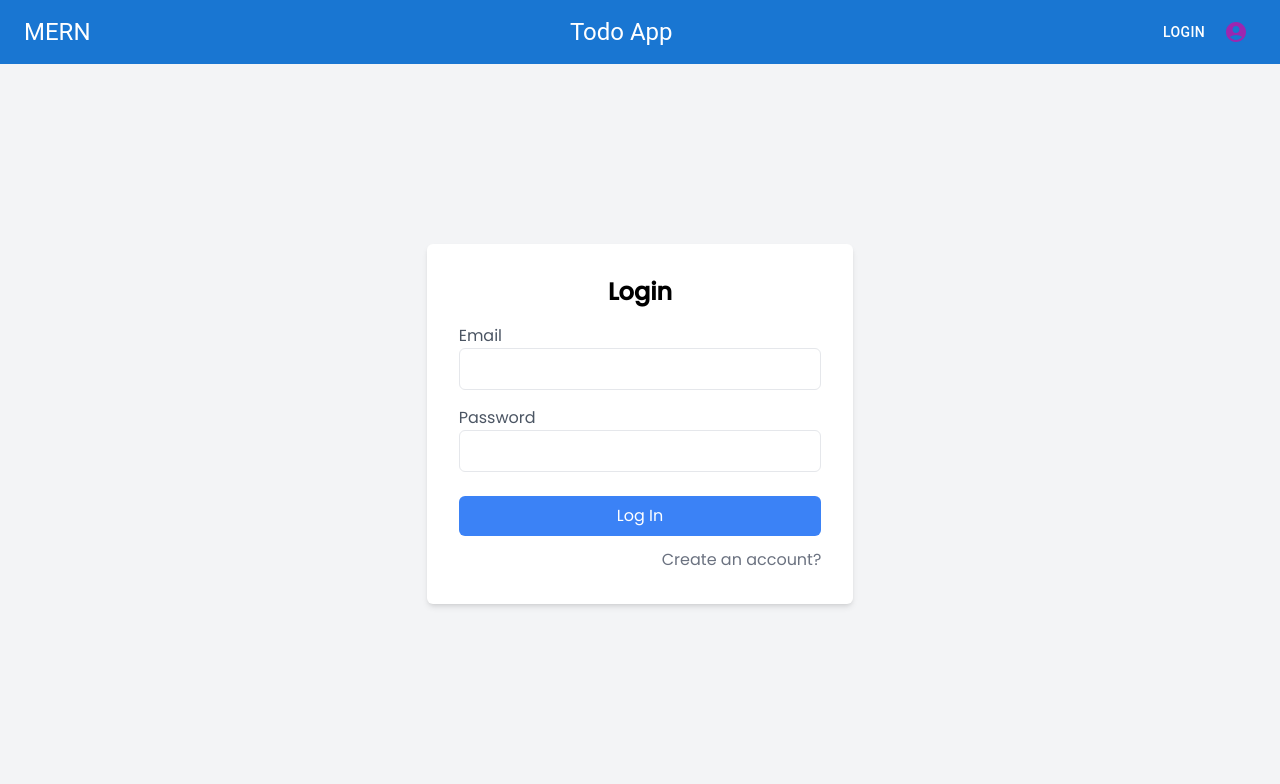
Repository: Nurlan-Bakenbaev/MERN--todo
Page: /login (app in client/)
These files come from the project's save history. The page is drawn as it stood at one moment and after a run of saves; the edit follows.
The browser window is 1280 px wide. The pictures show the whole page.
The project was rebuilt for these pictures with package versions that can differ from the ones it lists, and the page was loaded fresh each time. Also part of the build but not shown: client/vite.config.js, client/src/pages/Register.jsx.

Above is the page before, as saved 2023-10-15 16:54:15.

After the next 5 saves:
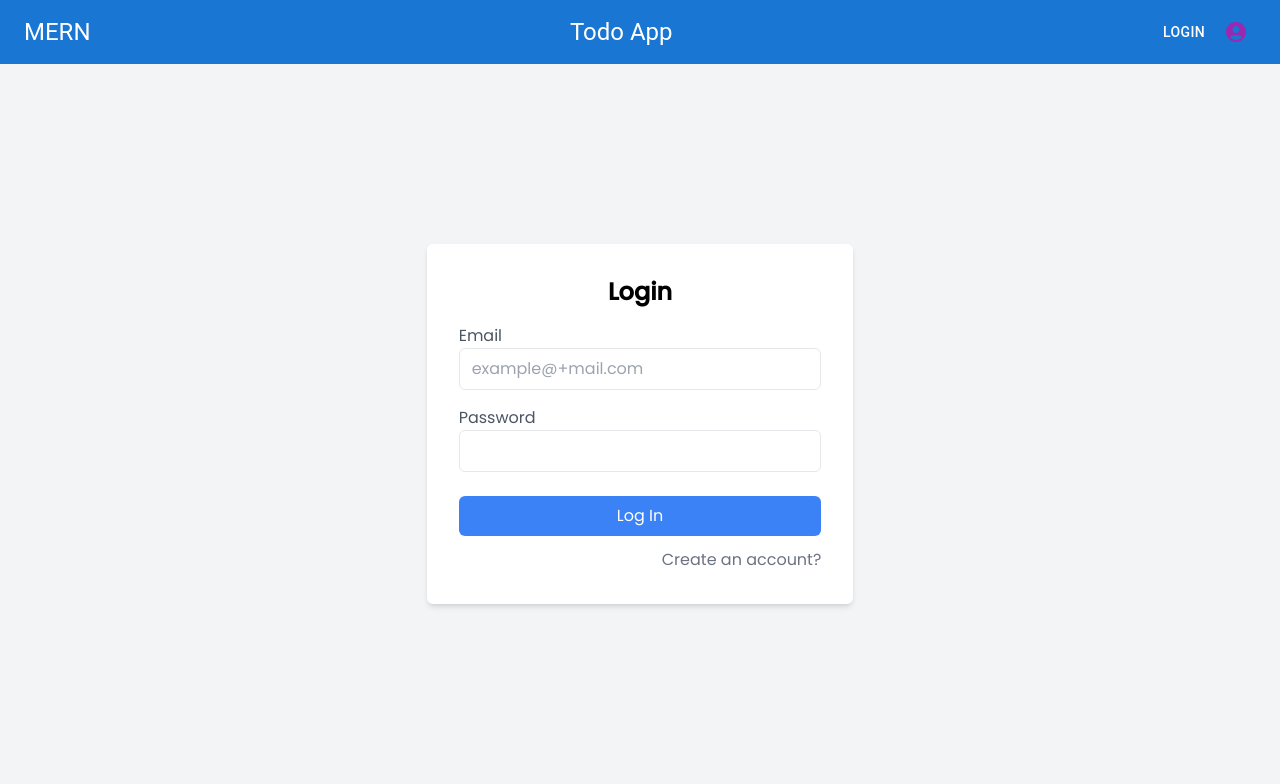
The 5 saves are shown as one change because they came seconds apart.
The last was saved 22 s later.
--- a/client/src/pages/Login.jsx
+++ b/client/src/pages/Login.jsx
@@ -9,7 +9,7 @@ const Login = () => {
           <div className="mb-4">
             <label className="block text-gray-600">Email</label>
             <input
-            placeholder=""
+            placeholder="example@+mail.com"
               type="email"
               className="w-full border rounded-md py-2 px-3"
             />
